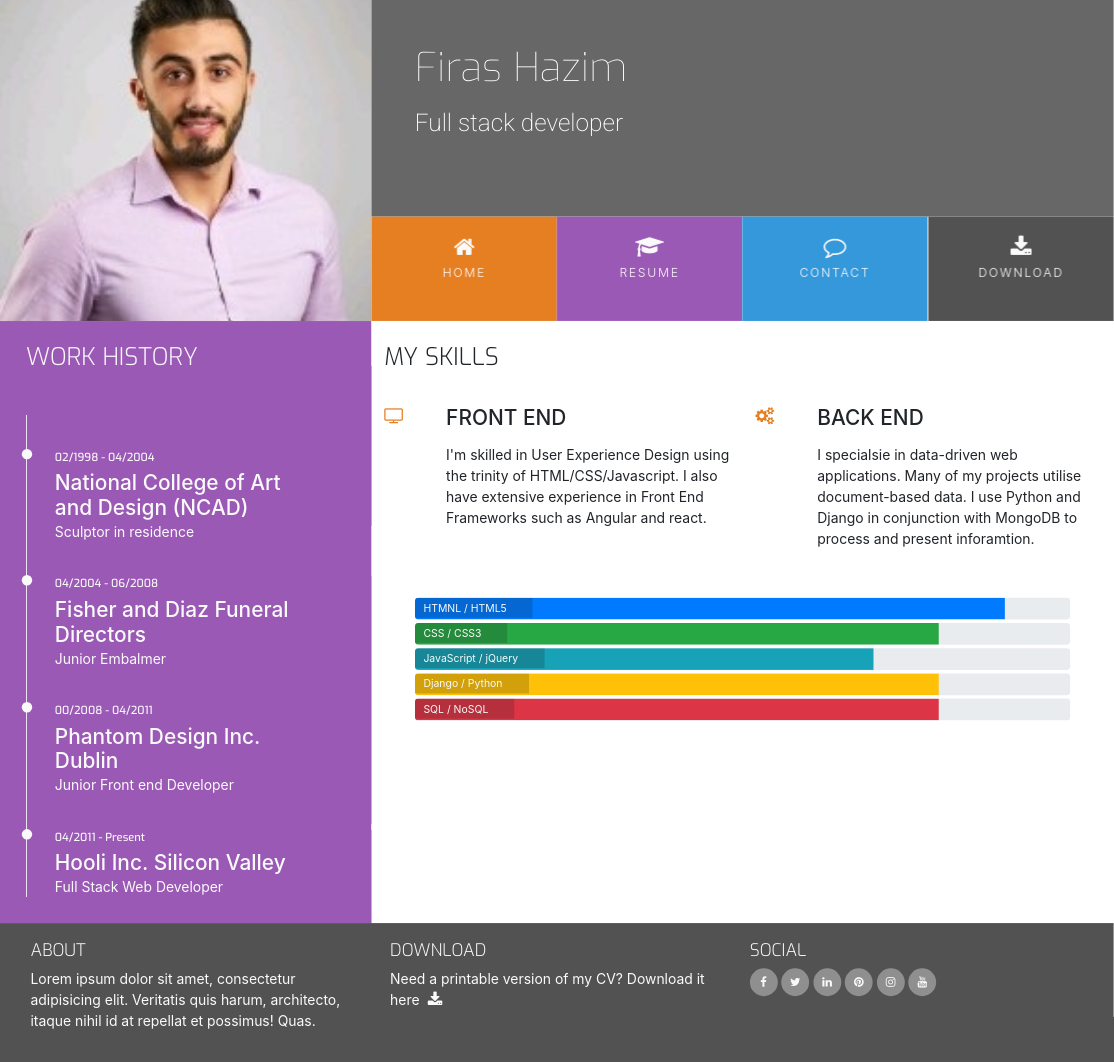
Repository: FirasH94/ResumeProject
Page: resume.html
The author's editor kept a record of every edit. The page is drawn from the files as they stood at one moment, then again after the next edit.
The browser window is 1280 px wide. The pictures show the whole page, at 87% of full size.

Above is the page before.

After the next edit:
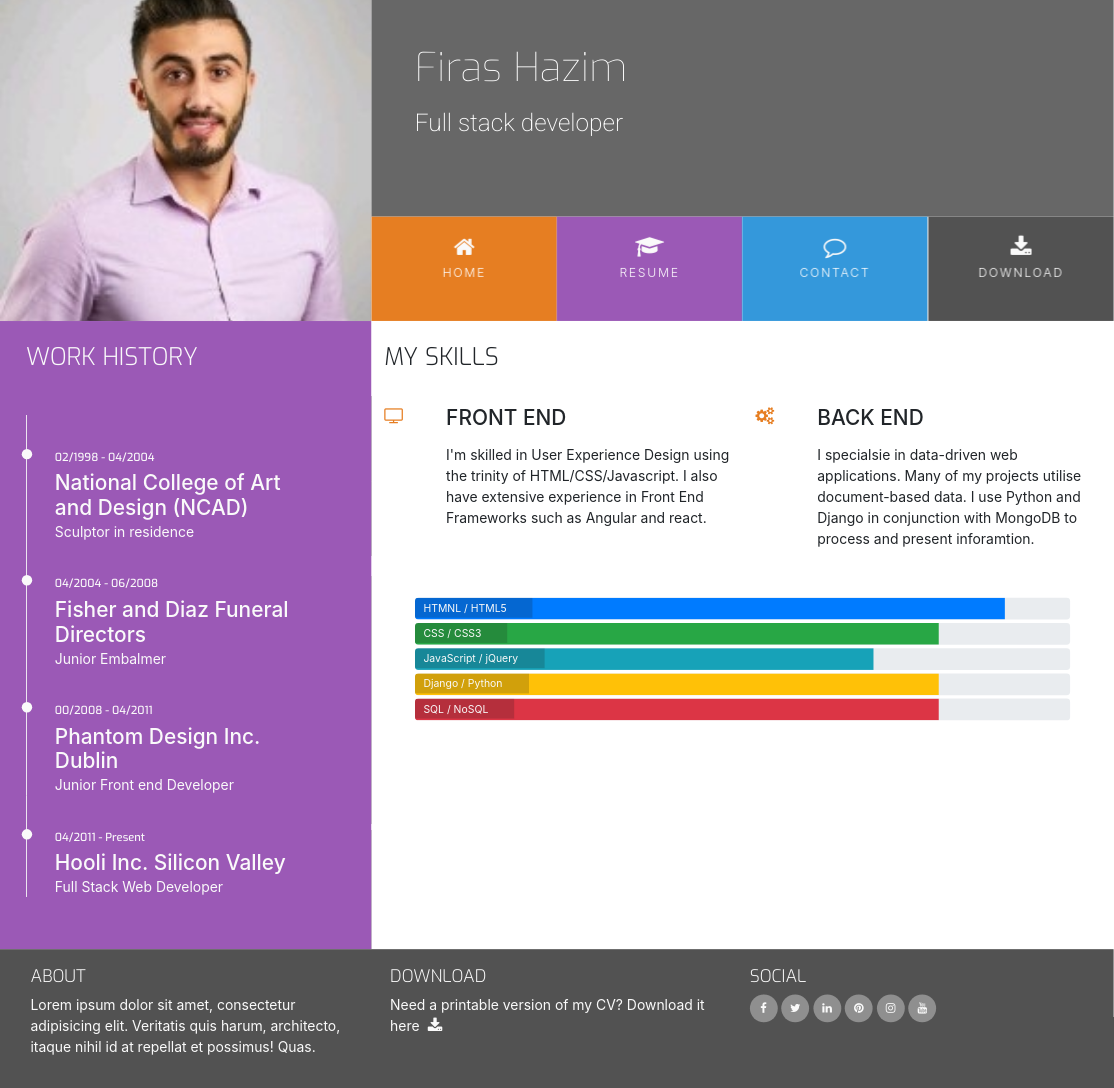
The edit:
--- a/assets/css/style.css
+++ b/assets/css/style.css
@@ -329,3 +329,7 @@ margin-bottom: 4px;
     content: '';
     background: #fafafa;
 }
+
+.history-items {
+    margin-bottom: 30px;
+}
